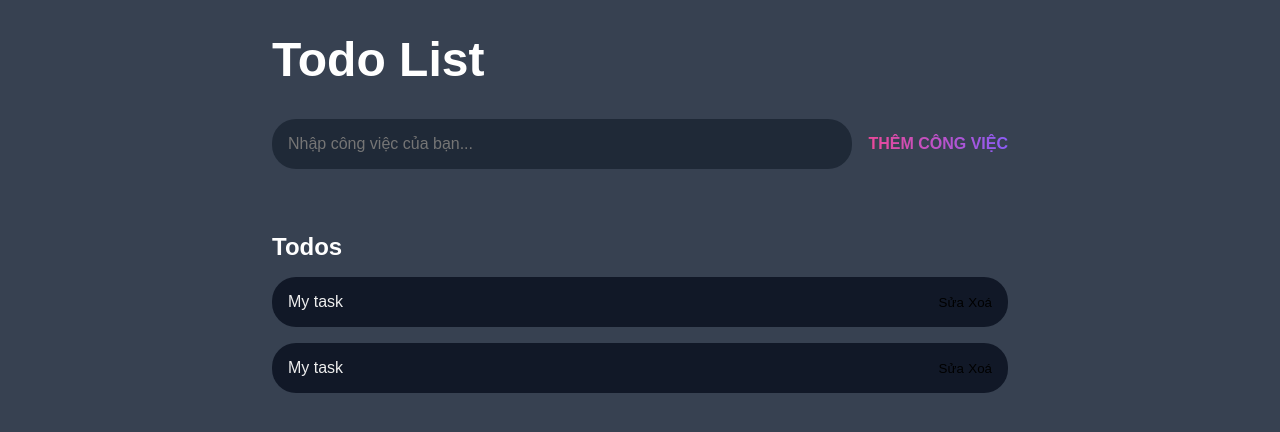
Repository: ntheanh/Todo-List
Page: index.html
The author's editor kept a copy of each file at every save. The page is drawn from the files as they stood at one save, then again after the next save.
The browser window is 1280 px wide. The pictures show the whole page.
The style sheet was rebuilt from its Sass, Less or Tailwind sources for each picture, by a compiler version that may differ from the author's.

Above is the page before, as saved 2023-03-15 23:01:30.

After the next save:
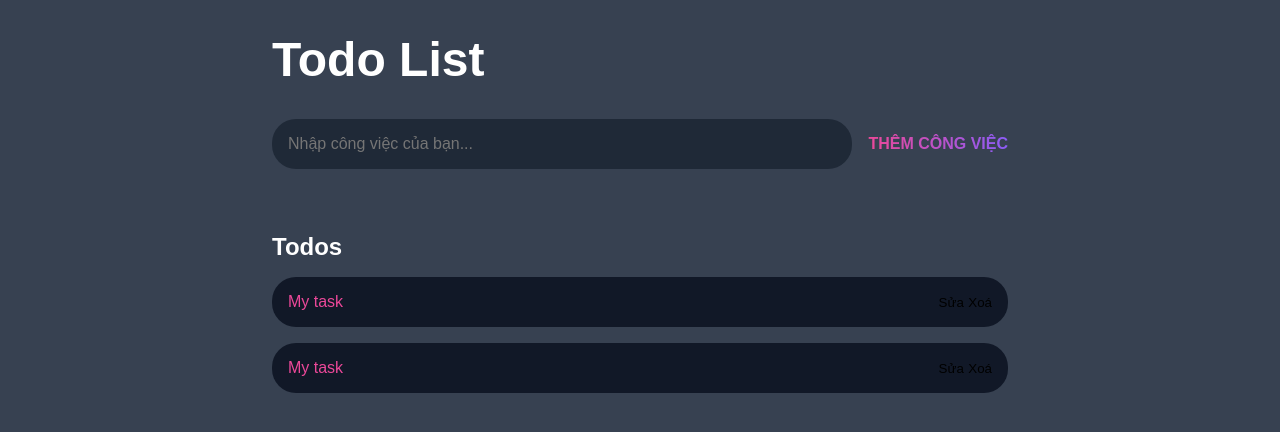
Saved 62 s later.
--- a/style.scss
+++ b/style.scss
@@ -95,6 +95,9 @@
         color: var(--light);
         font-size: 1rem;
         font-weight: 500;
+        &:not(read-only) {
+          color: var(--pink);
+        }
       }
     }
   }

After the save that followed:
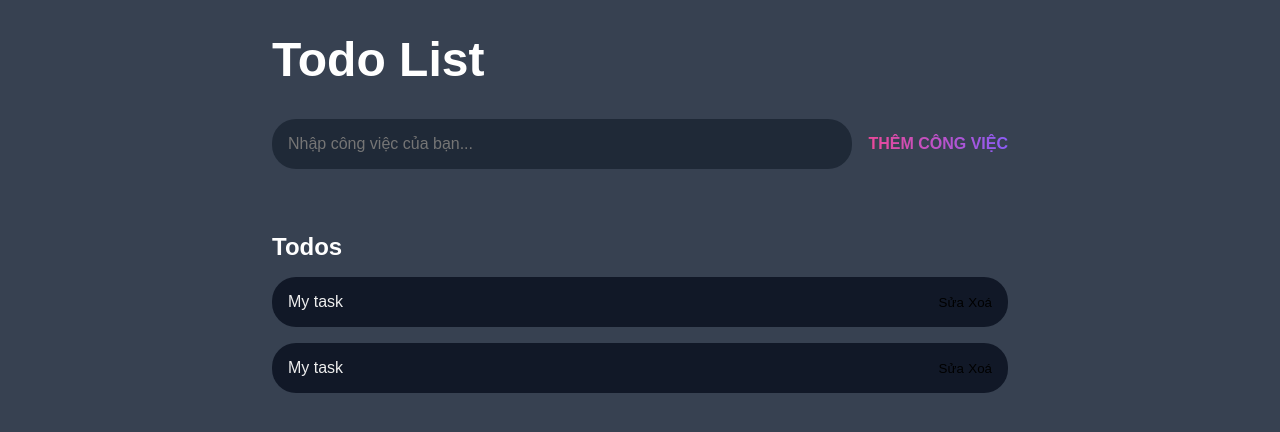
Saved 12 s later.
--- a/style.scss
+++ b/style.scss
@@ -95,7 +95,7 @@
         color: var(--light);
         font-size: 1rem;
         font-weight: 500;
-        &:not(read-only) {
+        &:not(:read-only) {
           color: var(--pink);
         }
       }
